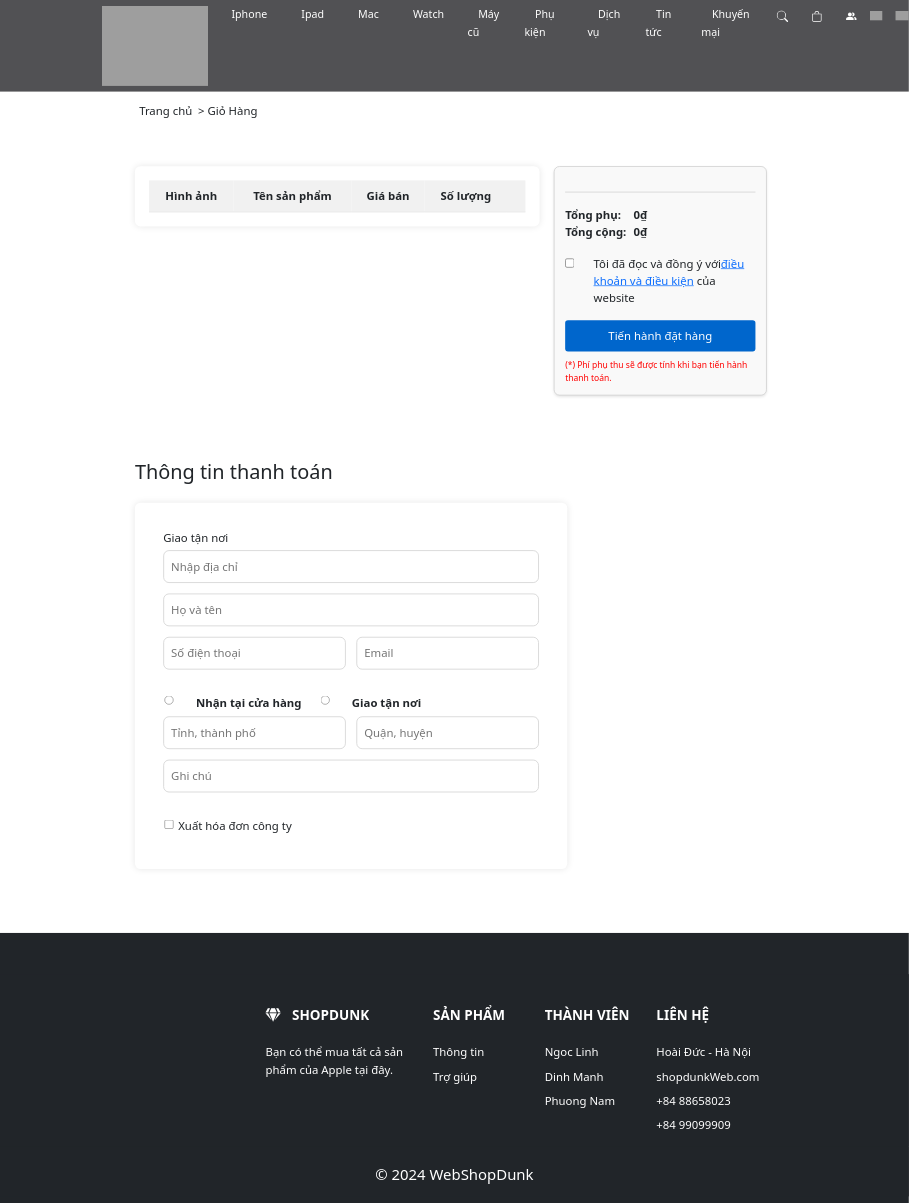
Repository: 20092004nam2k4/FE-ShopDunk
Page: /cart
An editor plug-in stored every save of this project. The page is shown before and after the next save, followed by the edit.
The browser window is 1280 px wide. The pictures show the whole page, at 71% of full size.
Pictures or frames that could not be fetched are drawn as grey boxes. The page's requests for data from a server got no answer. The project was rebuilt for these pictures with package versions that can differ from the ones it lists, and the page was loaded fresh each time. No one was signed in, and anything a server would have sent is missing. Also part of the build but not shown: src/component/common/SlideImage.css, src/component/common/SlideImage.js, src/component/product/ProductList.js, src/component/product/ProductDetail.css, src/component/product/ProductDetail.js, src/component/user/LoginUser.js, src/component/user/UserProfile.js, src/component/user/RegistrationForm.css and 2 more.

Above is the page before, as saved 2024-06-25 16:34:05.

### src/component/cart/CartPage.js
import React, { useState, useEffect } from "react";
import axios from "axios";
import "./CartPage.css";

const CartPage = () => {
  const [cartItems, setCartItems] = useState([]);
  const [userName, setUserName] = useState("");

  useEffect(() => {
    const user = sessionStorage.getItem("user");
    setUserName(user);
    fetchCartItems(user);
  }, [userName]); // Thêm userName vào dependency array để theo dõi sự thay đổi của userName

  const fetchCartItems = (username) => {
    axios
      .get(`http://localhost:8090/api/products/cart/${username}`)
      .then((response) => {
        setCartItems(response.data);
      })
      .catch((error) => {
        console.error("Error fetching cart items:", error);
      });
  };

  const removeFromCart = (id) => {
    axios
      .delete(`http://localhost:8090/api/products/removeFromCart/${id}`)
      .then(() => {
        fetchCartItems(userName); // Gọi lại fetchCartItems sau khi xóa sản phẩm thành công
      })
      .catch((error) => {
        console.error("Error removing product from cart:", error);
      });
  };

  const updateQuantity = (id, newQuantity) => {
    if (newQuantity <= 0) {
      removeFromCart(id);
      return;
    }

    axios
      .put(
        `http://localhost:8090/api/products/updateCart/${id}`,
        null,
        { params: { quantity: newQuantity } }
      )
      .then(() => {
        fetchCartItems(userName); // Gọi lại fetchCartItems sau khi cập nhật số lượng thành công
      })
      .catch((error) => {
        console.error("Error updating product quantity:", error);
      });
  };

  const calculateSubtotal = () => {
    return cartItems.reduce(
      (sum, item) => sum + item.product.price * item.quantity,
      0
    );
  };

  const calculateTotal = () => {
    return calculateSubtotal();
  };

  return (
    <>

      <div className="cart-page">
        <div className="title-header">
          <p>Trang chủ &nbsp;&gt; Giỏ Hàng</p>
        </div>
        <div className="tong">
          <div className="left">
            <div className="cart-detail">
              <table className="cart">
                <thead>
                  <tr>
                    <th>Hình ảnh</th>
                    <th>Tên sản phẩm</th>
                    <th>Giá bán</th>
                    <th className="quantity-text">Số lượng</th>
                    <th></th>
                  </tr>
                </thead>
                <tbody>
                  {cartItems.map((item) => (
                    <tr key={item.id}>
                      <td>
                        <a href={`/product/${item.product.id}`}>
                          <img
                            alt={`Ảnh của ${item.product.name}`}
                            src={`http://localhost:8090/image/${item.product.image}`}
                            title={`Hiển thị chi tiết cho ${item.product.name}`}
                          />
                        </a>
                      </td>
                      <td className="product">
                        <a href={`/product/${item.product.id}`} className="product-name">
                          {item.product.name}
                        </a>
                      </td>
                      <td className="unit-price">
                        <span className="product-unit-price">
                          {parseInt(item.product.price).toLocaleString()}₫
                        </span>
                      </td>
                      <td className="quantity">
                        <div className="cart-quantity-input-container">
                          <button
                            className="quantity-button"
                            onClick={() => updateQuantity(item.id, item.quantity - 1)}
                          >
                            <i className="fas fa-minus"></i>
                          </button>
                          <input
                            className="input-text"
                            id={`quantity${item.id}`}
                            value={item.quantity}
                            size="4"
                            readOnly
                          />
                          <button
                            className="quantity-button"
                            onClick={() => updateQuantity(item.id, item.quantity + 1)}
                          >
                            <i className="fas fa-plus"></i>
                          </button>
                        </div>
                      </td>
                      <td className="remove-from-cart">
                        <button
                          onClick={() => removeFromCart(item.id)}
                          className="remove-button"
                        >
                          <i className="fas fa-trash-alt"></i>
                        </button>
                      </td>
                    </tr>
                  ))}
                </tbody>
              </table>
            </div>
          </div>
          <div className="deals">
            <div className="coupon-box">
              {/* <div className="title">
                <strong>Mã giảm giá</strong>
              </div>
              <div className="hint">Nhập phiếu giảm giá của bạn tại đây</div>
              <input></input>
              <div className="coupon-code">
                <button
                  type="submit"
                  name="applydiscountcouponcode"
                  id="applydiscountcouponcode"
                  className="button-2 apply-discount-coupon-code-button"
                >
                  Áp dụng
                </button>
              </div> */}

              <div className="totals">
                <div className="total-info">
                  <table className="cart-total">
                    <tbody>
                      <tr className="order-subtotal">
                        <td className="cart-total-left">
                          <label>Tổng phụ:</label>
                        </td>
                        <td className="cart-total-right">
                          <span className="value-summary">
                            {calculateSubtotal().toLocaleString()}₫
                          </span>
                        </td>
                      </tr>
                      <tr className="order-total">
                        <td className="cart-total-left">
                          <label>Tổng cộng:</label>
                        </td>
                        <td className="cart-total-right">
                          <span className="value-summary">
                            {calculateTotal().toLocaleString()}₫
                          </span>
                        </td>
                      </tr>
                    </tbody>
                  </table>
                </div>
                <div id="terms-of-service-warning-box"></div>
                <div className="terms-of-service">
                  <div className="d-flex">
                    <div>
                      <td className="remove-from-cart">
                        <input
                          type="checkbox"
                          name="removefromcart"
                          id="removefromcart274337"
                          value="274337"
                          aria-label="Tẩy"
                        />
                        <button
                          type="button"
                          name="updatecart"
                          className="remove-btn once-submit-button"
                          onClick={() => {
                            document.getElementById(
                              "removefromcart274337"
                            ).checked = true;
                            document.getElementById("updatecart").click();
                          }}
                        ></button>
                      </td>
                    </div>
                    <br></br>
                    <label htmlFor="termsofservice">
                      <span className="rule-web">Tôi đã đọc và đồng ý với</span>
                      <a
                        href="/chinh-sach-doi-tra"
                        className="read"
                        target="_blank"
                      >
                        điều khoản và điều kiện
                      </a>{" "}
                      <span className="rule-web">của website</span>
                    </label>
                  </div>
                </div>
                <div className="checkout-buttons">
                  <button
                    type="submit"
                    id="checkout"
                    name="checkout"
                    value="checkout"
                    className="button-1 checkout-button"
                  >
                    Tiến hành đặt hàng
                  </button>
                </div>
                <div className="note-ck">
                  (*) Phí phụ thu sẽ được tính khi bạn tiến hành thanh toán.
                </div>
                <div className="addon-buttons"></div>
              </div>
            </div>
          </div>
        </div>
      </div>

      <div className="thanhtoan">
        <h3>Thông tin thanh toán</h3>
      </div>
      <div className="tong-bot">
        <div className="left">
          <div className="enter-address bg-white">
            <h6>Giao tận nơi</h6>
            <input placeholder="Nhập địa chỉ"></input>
            <input placeholder="Họ và tên"></input>
            <div className="half-inputs">
              <input placeholder="Số điện thoại"></input>
              <input placeholder="Email"></input>
            </div>
            <div className="edit-address">
              <div className="delivery-method">
                <input type="radio" id="receive-store" name="receive-method" value="store"></input>
                <label htmlFor="receive-store">Nhận tại cửa hàng</label>
                <input type="radio" id="receive-delivery" name="receive-method" value="delivery"></input>
                <label htmlFor="receive-delivery">Giao tận nơi</label>
              </div>
              <div className="half-inputs">
                <input placeholder="Tỉnh, thành phố"></input>
                <input placeholder="Quận, huyện"></input>
              </div>
              <div>
                <input placeholder="Ghi chú"></input>
              </div>
              <div className="edit-address">
                <input type="checkbox" id="company-invoice" name="company-invoice" value="company-invoice"></input>Xuất hóa đơn công ty
              </div>
            </div>
          </div>
        </div>
      </div>
      <footer className="text-center text-lg-start bg-dark text-white footerMain">
        <section className="bg-dark" style={{ height: "243px" }}>
          <div className="container text-center text-md-start mt-5 textFooter">
            <div className="row mt-3">
              <div
                className="col-md-3 col-lg-4 col-xl-3 text-left mb-4"
                style={{ marginLeft: "104px" }}
              >
                <h6
                  className="text-uppercase fw-bold mb-4"
                  style={{ fontSize: "19px" }}
                >
                  <i className="fas fa-gem me-3" />
                  Shopdunk
                </h6>
                <p style={{ fontSize: "16px" }}>
                  Bạn có thể mua tất cả sản phẩm của Apple tại đây.
                </p>
              </div>
              <div className="col-md-2 col-lg-2 col-xl-2 text-left mb-4">
                <h6
                  className="text-uppercase fw-bold mb-4"
                  style={{ fontSize: "19px" }}
                >
                  Sản phẩm
                </h6>
                <p style={{ fontSize: "16px" }}>Thông tin</p>
                <p style={{ fontSize: "16px" }}>Trợ giúp</p>
              </div>
              <div className="col-md-3 col-lg-2 col-xl-2 text-left mb-4">
                <h6
                  className="text-uppercase fw-bold mb-4"
                  style={{ fontSize: "19px" }}
                >
                  Thành viên
                </h6>
                <p style={{ fontSize: "16px" }}>Ngoc Linh</p>
                <p style={{ fontSize: "16px" }}>Dinh Manh</p>
                <p style={{ fontSize: "16px" }}>Phuong Nam</p>
              </div>
              <div className="col-md-4 col-lg-3 col-xl-3 text-left mb-md-0 mb-4">
                <h6
                  className="text-uppercase fw-bold mb-4"
                  style={{ fontSize: "19px" }}
                >
                  Liên hệ
                </h6>
                <p style={{ fontSize: "16px" }}>Hoài Đức - Hà Nội</p>
                <p style={{ fontSize: "16px" }}>shopdunkWeb.com</p>
                <p style={{ fontSize: "16px" }}>+84 88658023</p>
                <p style={{ fontSize: "16px" }}>+84 99099909</p>
              </div>
            </div>
          </div>
        </section>
        <div
          className="text-center p-4 bg-dark"
          style={{
            backgroundColor: "#40474b",
            height: "70px",
            fontSize: "21px",
            textAlign: "center",
          }}
        >
          © 2024 WebShopDunk
        </div>
      </footer>
    </>

  );
};

export default CartPage;

### src/component/common/Navbar.css
.navbar {
  background-color: #515154;
  padding: 10px;
  position: relative; /* Thêm thuộc tính position relative */
}

.navbar-links {
  list-style: none;
  display: flex;
  justify-content: center;
  max-width: 1400px;
  margin: 0;
padding-left: 125px;
 position: relative; /* Thêm thuộc tính position relative */
  z-index: 1; /* Đảm bảo navbar hiển thị trên cùng */
}

.navbar-links li {
  padding-left: 18px;
}

.navbar-links a {
  color: white;
  text-decoration: none;
  padding: 10px 15px 25px;
  transition: background-color 0.3s;
  font-size: 15px;
}

.navbar-links a:hover {
  background-color: #6a6969;
}

.imageIcon {
  width: 150px;
}

.icon-bag,
.icon-people,
.icon-search {
  color: white;
  height: 30px;
}

.imageIconVN {
  height: 14px;
}

.dropdown-menu {
  position: absolute;
  top: 100%; /* Hiển thị menu dropdown bên dưới navbar */
  left: 0;
  background-color: #515154;
  min-width: 200px; /* Độ rộng tối thiểu của dropdown menu */
  z-index: 10; /* Đảm bảo menu dropdown hiển thị trên cùng */
  box-shadow: 0px 8px 16px rgba(0, 0, 0, 0.2); /* Đổ bóng cho dropdown menu */
  display: none; /* Ẩn dropdown menu mặc định */
}

.dropdown-menu.active {
  display: block; /* Hiển thị dropdown menu khi active */
}

.dropdown-menu a {
  color: white;
  text-decoration: none;
  padding: 15px;
  display: block;
  transition: background-color 0.3s;
}

.dropdown-menu a:hover {
  background-color: #7f7d7d;
}

### src/component/user/Login.css
body {
    font-family: sans-serif;
    /* display: flex; */
    justify-content: center;
    align-items: center;
    min-height: 100vh;
    background-color: #f5f5f5;
  }
  .userName-login{
    margin-top: 25px;
  }



  .left-side {
    width: 50%;
    display: flex;
    justify-content: center;
    align-items: center;
    margin-top: 90px;
  }

  .right-side {
    width: 50%;
    padding: 20px;
    margin-top: 90px;
  }

  .left-side img {
    width: 100%;
    max-width: 600px;
    height: 350px;
  }

  h2 {
    margin-bottom: 20px;
  }

  input[type="text"],
  input[type="password"] {
    width: 100%;
    padding: 10px;
    margin-bottom: 15px;
    border: 1px solid #ddd;
    border-radius: 10px;
    box-sizing: border-box;
  }

  input[type="checkbox"] {
    margin-right: 5px;
  }

  button {
    background-color: #007bff;
    color: #fff;
    padding: 10px 20px;
    border: none;
    border-radius: 3px;
    cursor: pointer;
    width: 100%;
  }

  .link {
    display: block;
    text-align: center;
    margin-top: 15px;
    color: #007bff;
    text-decoration: none;
  }

  .footerMain{
margin-top: 200px;
  }
  .textFooter{
    padding-left: 200px !important;
  }
  .textToRegister{
    margin-top: 15px;
  }

### src/component/product/ProductCart.css
.product-list {
  display: flex;
  flex-wrap: wrap;
  justify-content: center;
}
.product-card img {
  max-width: 100%;
  height: auto;
}
.tittleIphone {
  text-align: center;
  margin-top: 38px;
  margin-bottom: 20px;
}
.a-category {
  text-align: center;
  margin-top: 20px;
}
.custom-blue {
  color: #0066cc !important;
  border-color: #0066cc !important;
}
.custom-blue:hover {
  color: #fff !important;
  background-color: #0066cc !important;
}
.button-text {
  font-size: 17px;
}
.product-card {
  width: 271px;
  height: 430px;
  display: flex;
  flex-direction: column;
  align-items: center;
  justify-content: space-between;
  border: 1px solid #ddd;
  padding: 10px;
  margin: 10px;
  box-shadow: 0 4px 8px rgba(0, 0, 0, 0.1); /* Thêm đổ bóng để đẹp hơn */
  border-radius: 5px;
  color: white;
}
.product-name {
  font-weight: bold;
}
.product-price-wrapper {
  display: flex;
  align-items: center;
  gap: 10px;
}
.product-discounted-price {
  font-weight: 700;
  font-size: 16px;
  line-height: 24px;
  color: #0066cc;
}
.product-original-price-wrapper {
  display: flex;
  align-items: center;
}
.product-price {
  color: #6c757d; /* Màu đen nhạt */
  text-decoration: line-through;
  font-size: 16px;
  margin-right: 5px; /* Khoảng cách giữa giá cũ và tag giảm giá */
}
.discount-tag {
  color: #6c757d; /* Màu đen nhạt */
  font-size: 16px;
}
.img-info {
  width: 1200px;
  height: 401px;
}
.info-banner {
  text-align: center;
  margin-top: 80px;
}
.bg-dark {
  background-color: #575757 !important;
}
.text-white {
  color: #fff !important;
}
.border-bottom {
  border-color: rgba(255, 255, 255, 0.1) !important;
}
.footer-links a {
  color: #fff !important;
}
.footer-links a:hover {
  color: #ddd !important;
}
.footerMain {
  margin-top: 90px;
}
.product-card-link {
  text-decoration: none;
  color: inherit; /* Optional: Inherit color to prevent default link color */
}
.textFooter{
  padding-top: 30px;
}

.carousel {
  margin-top: 20px;
  margin-bottom: 20px; /* Để tạo khoảng cách giữa carousel và danh sách sản phẩm */
  padding: 0 210px; /* Thu nhỏ carousel vào 100px mỗi bên */
}

.carousel-inner {
  width: 100%; /* Đảm bảo width của carousel vẫn 100% */
  margin: auto; /* Căn giữa carousel */
}
.carousel-control {
  padding: 0 230px; /* Đặt khoảng cách 20px giữa các nút chuyển ảnh */
}
.category-products-container {
  background-color: #f5f5f7; /* Màu nền của trang */
}
.tittle-headerCategory{
  background-color: white;
  margin-left: 210px;
  padding-top: 15px;
  color: #6c757d;
  padding-bottom: -10px;
}
.cart-quantity-input-container {
  display: flex;
  align-items: center;
  justify-content: center;
  gap: 5px; /* Adjust gap between elements */
}

.quantity-btn {
  background-color: #0066CC; /* Button background color */
  color: #fff; /* Button text color */
  border: none; /* Remove default border */
  border-radius: 4px; /* Rounded corners */
  width: 30px; /* Button width */
  height: 30px; /* Button height */
  display: flex; /* Center text horizontally */
  align-items: center; /* Center text vertically */
  justify-content: center; /* Center text horizontally */
  font-size: 18px; /* Increase font size */
  cursor: pointer; /* Change cursor on hover */
}

.quantity-btn:hover {
  background-color: #005bb5; /* Darken button color on hover */
}

.input-text {
  width: 40px; /* Adjust input width */
  text-align: center; /* Center text */
  border: 1px solid #ddd; /* Input border */
  border-radius: 4px; /* Rounded corners */
  padding: 5px; /* Input padding */
  font-size: 16px; /* Adjust font size */
}

Loaded but not shown: public/index.html (common file); src/index.js (common file); src/component/common/Navbar.js (148 lines, source omitted); src/App.js (47 lines, source omitted); src/context/AuthContext.js (34 lines, source omitted); src/component/cart/CartPage.css (406 lines, source omitted); src/component/user/UserProfile.css (214 lines, source omitted)

After the next save:
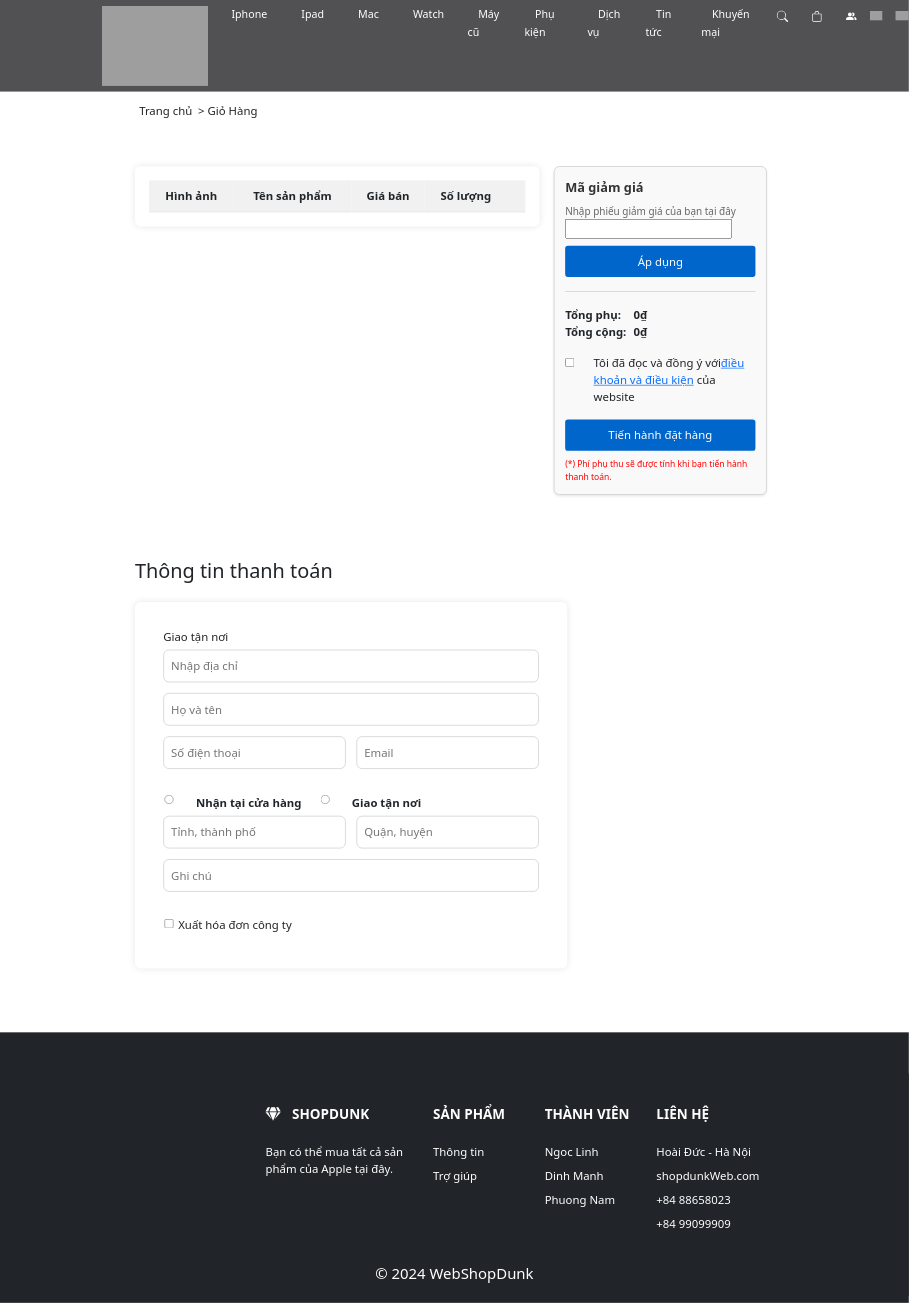
Saved 8 s later.
--- a/src/component/cart/CartPage.js
+++ b/src/component/cart/CartPage.js
@@ -146,7 +146,7 @@
           </div>
           <div className="deals">
             <div className="coupon-box">
-              {/* <div className="title">
+              <div className="title">
                 <strong>Mã giảm giá</strong>
               </div>
               <div className="hint">Nhập phiếu giảm giá của bạn tại đây</div>
@@ -160,8 +160,7 @@
                 >
                   Áp dụng
                 </button>
-              </div> */}
-
+              </div>
               <div className="totals">
                 <div className="total-info">
                   <table className="cart-total">
